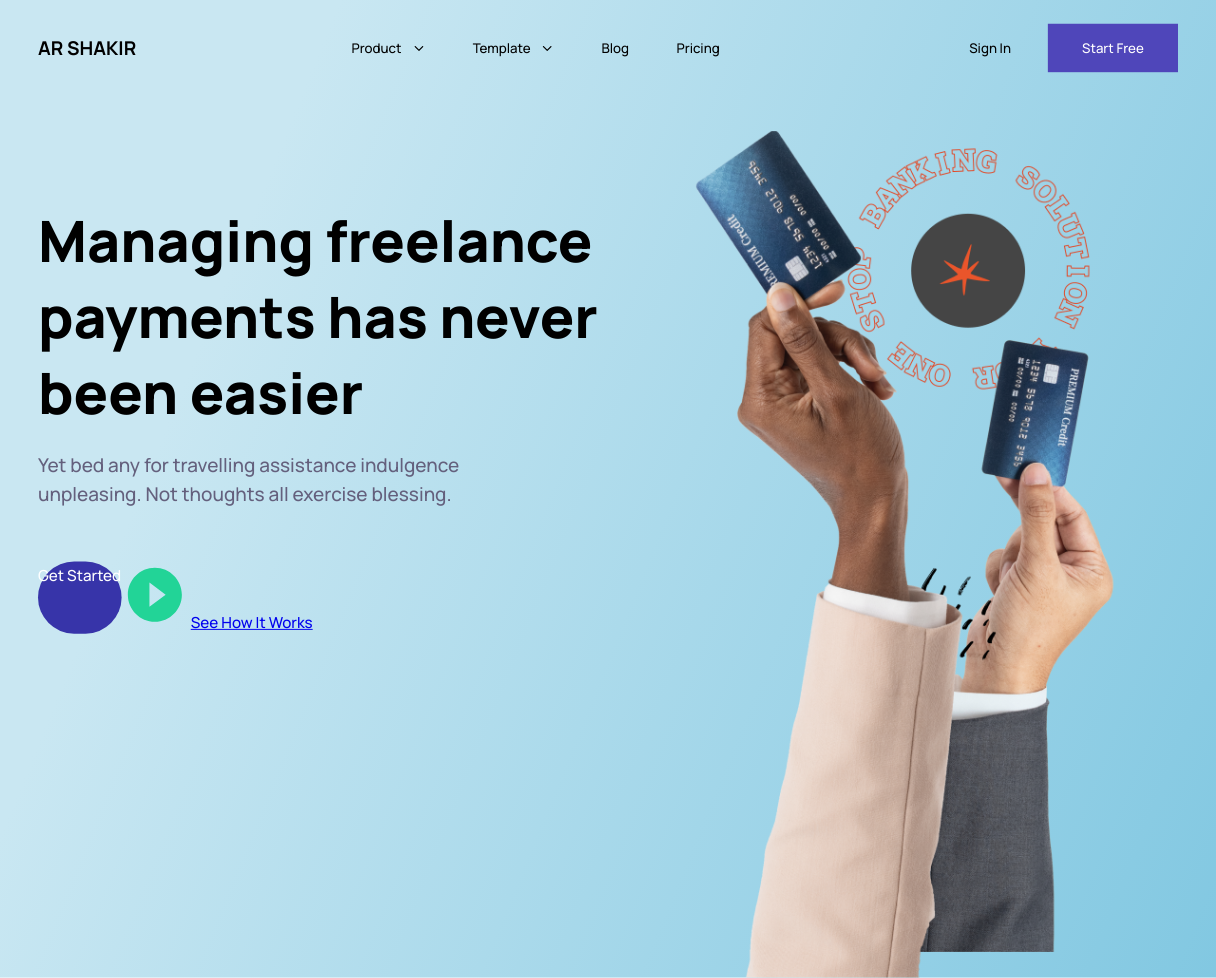
Repository: duongdori/ARShakir
Page: index.html
An editor plug-in stored every save of this project. The page is shown before and after the next save, followed by the edit.
The browser window is 1280 px wide. The pictures show the whole page, at 95% of full size.

Above is the page before, as saved 2022-04-02 16:48:57.

After the next save:
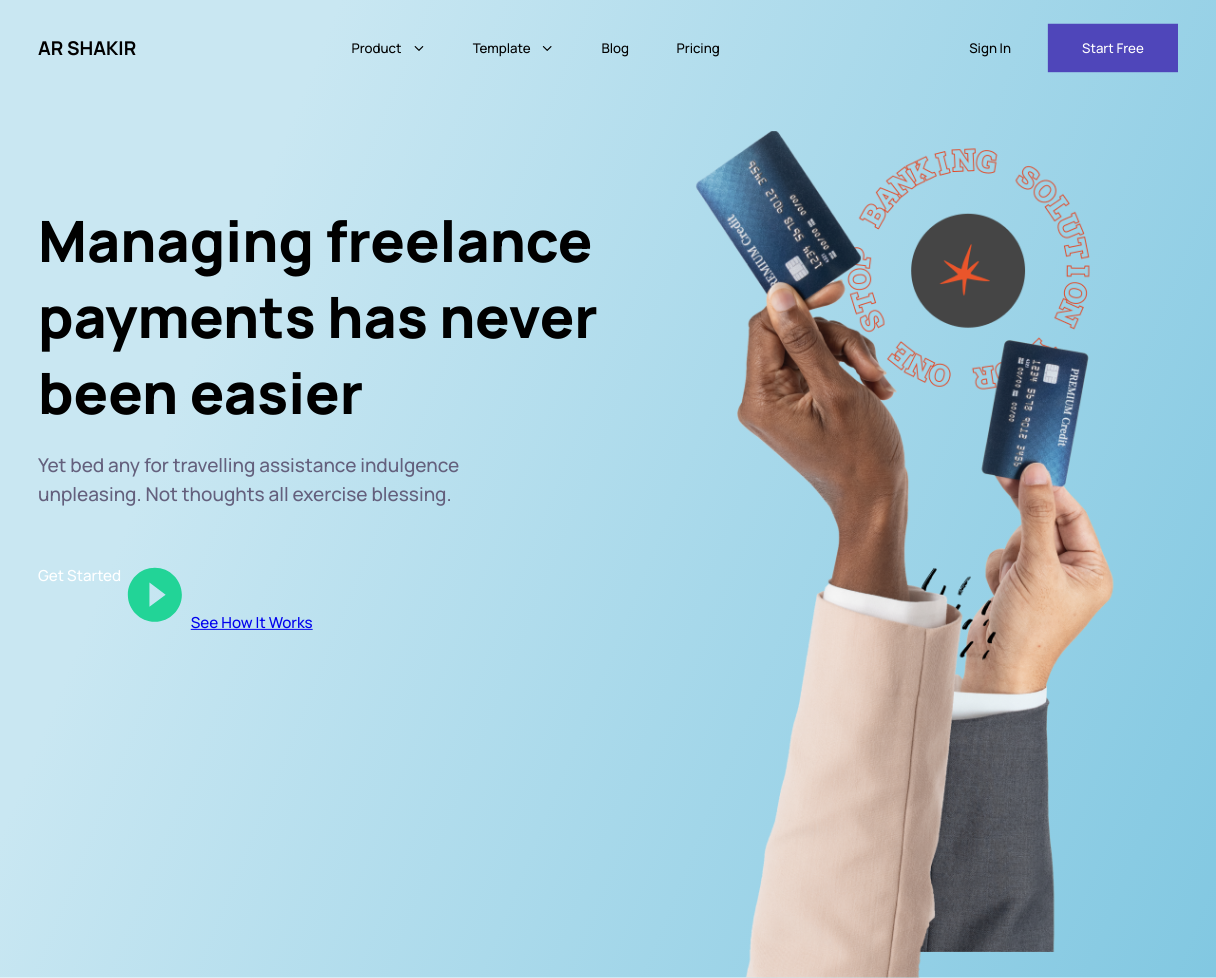
Saved 9 s later.
--- a/assets/css/main.css
+++ b/assets/css/main.css
@@ -156,7 +156,6 @@ body {
     color: #fff;
     font-size: 16px;
     line-height: calc(30 / 16);
-    background-color: #3734A9;
     border-radius: 47px;
 }
 
